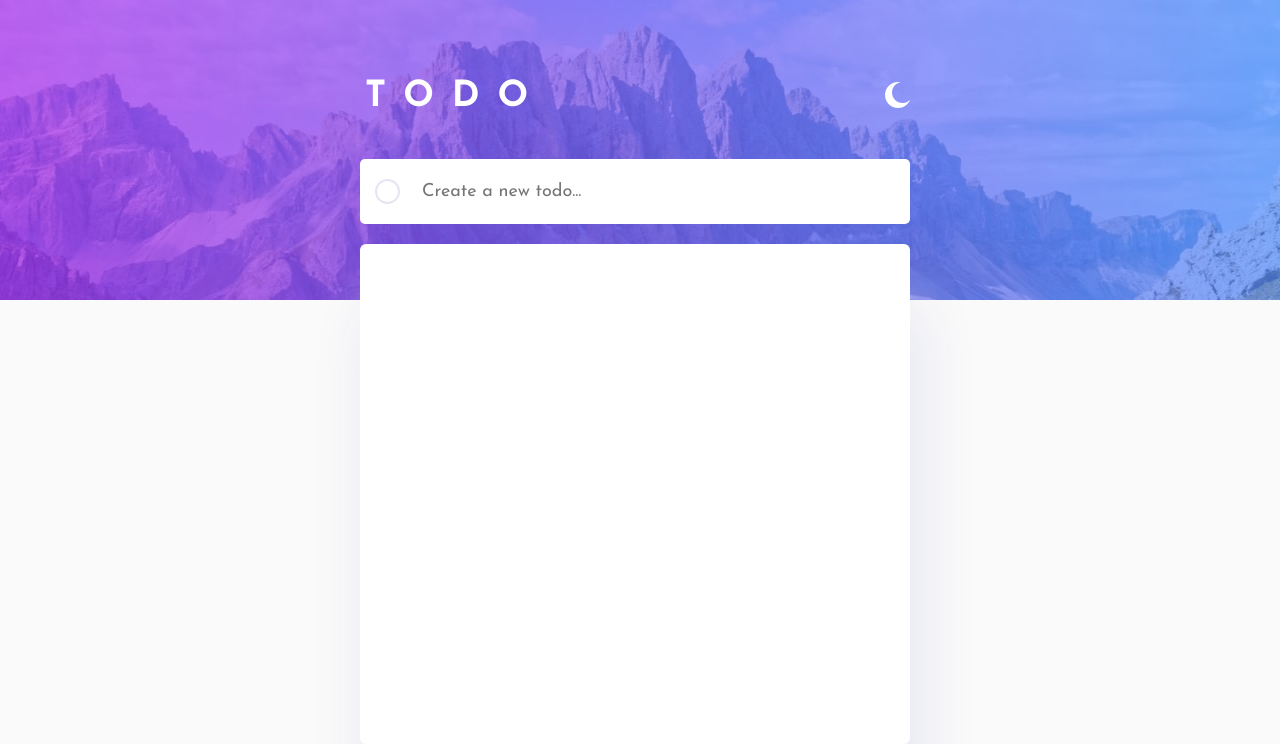
Repository: Haviles04/todoapp
Page: /
An editor plug-in stored every save of this project. The page is shown before and after the next save, followed by the edit.
The browser window is 1280 px wide. The pictures show the whole page.
The project was rebuilt for these pictures with package versions that can differ from the ones it lists, and the page was loaded fresh each time.

Above is the page before, as saved 2022-10-17 20:14:31.

After the next save:
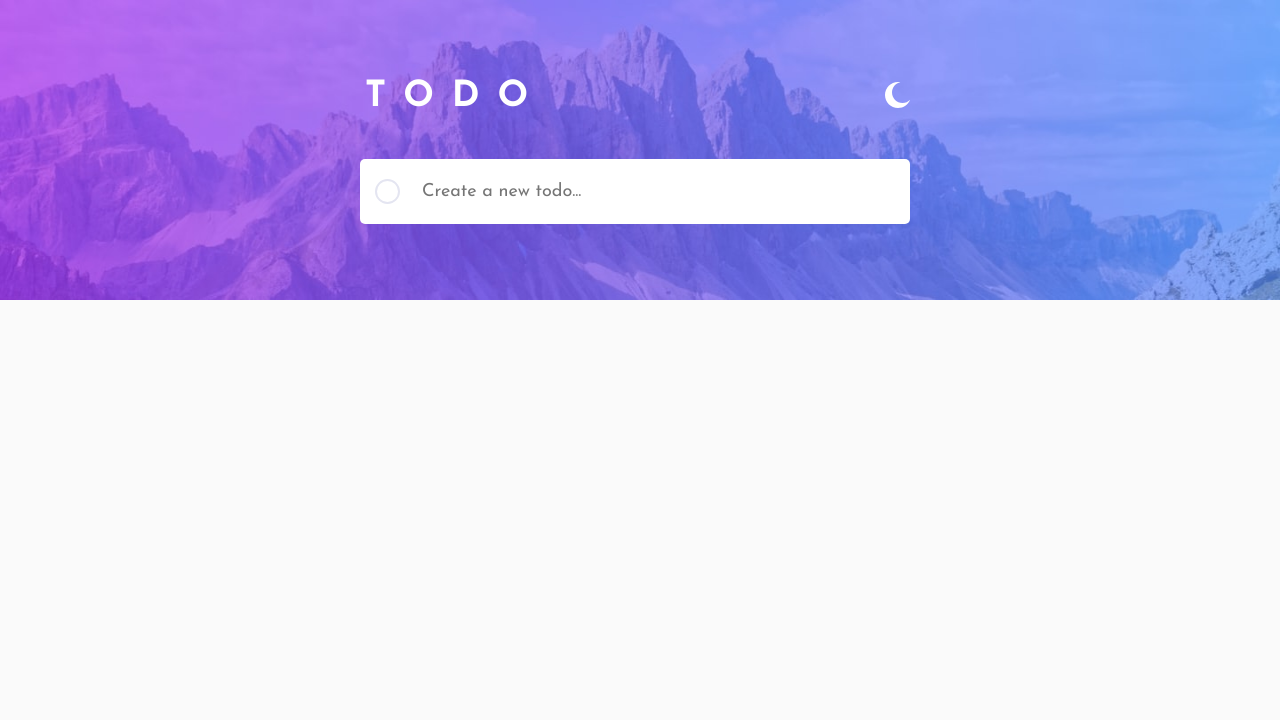
Saved 24 s later.
--- a/src/components/taskDisplay/taskDisplay.css
+++ b/src/components/taskDisplay/taskDisplay.css
@@ -1,7 +1,7 @@
 .taskDisplay {
     margin-top: 20px;
     width: 550px;
-    height: 500px;
+    height: auto;
     background-color: white;
     border-radius: 6px;
     box-shadow: 10px 65px 60px hsl(236, 33%, 92%);
